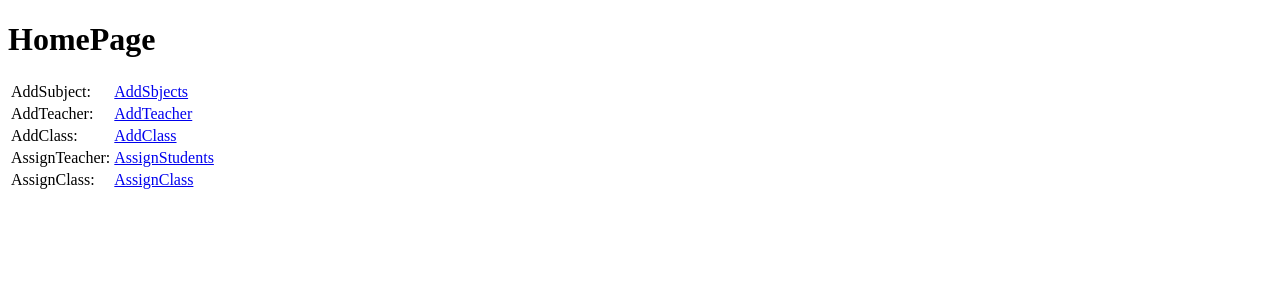
Repository: revanthkumar-paka/LearnersApp
Page: http://localhost/LearnersApp/Home.jsp
The author's editor kept a copy of each file at every save. The page is drawn from the files as they stood at one save, then again after the next save.
The browser window is 1280 px wide. The pictures show the whole page.
The page is served by Tomcat 9.

Above is the page before, as saved 2022-04-25 07:00:40.

After the next save:
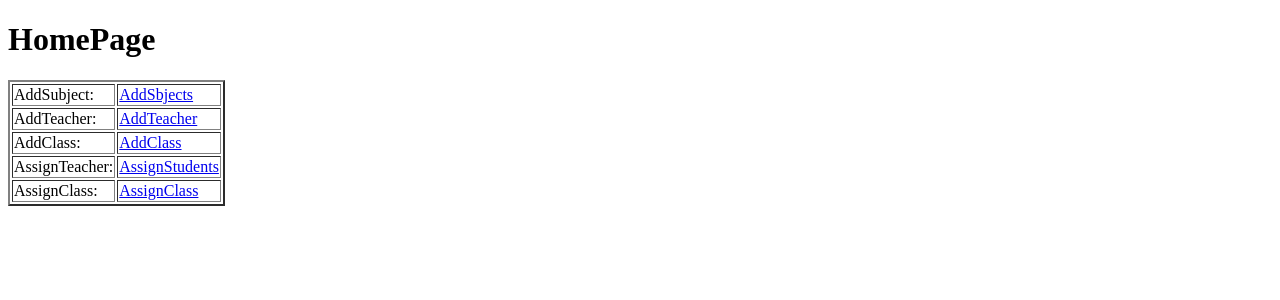
Saved 60 s later.
--- a/LearnersApp/src/main/webapp/Home.jsp
+++ b/LearnersApp/src/main/webapp/Home.jsp
@@ -9,7 +9,7 @@
 <body>
 <h1>HomePage</h1>
 <form >
-<table>
+<table border="2px">
 <tr>
 <td>AddSubject:</td>
 <td><a href="MySubjects.jsp">AddSbjects</a></td>
